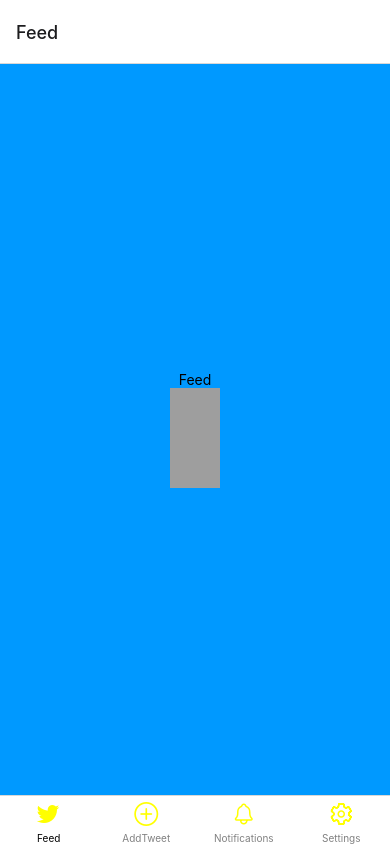
Repository: Deyvid-Kasteh/ReactNativeNavigationTraining
Screen: /
The author's editor kept a copy of each file at every save. The screen is drawn from the files as they stood at one save, then again after the next save.
Pictures or frames that could not be fetched are drawn as grey boxes. The app was drawn by React Native's web renderer in a window 390 px wide. The project was rebuilt for these pictures with package versions that can differ from the ones it lists, and the page was loaded fresh each time. Also part of the build but not shown: screens/BottomTab/Notifications.js, screens/BottomTab/AddTweet.js, screens/BottomTab/Settings.js.

Above is the screen before, as saved 2023-08-03 16:53:32.

### App.js
import "react-native-gesture-handler";
import { StatusBar } from "expo-status-bar";
import { StyleSheet, Text, View } from "react-native";
import NavigationMain from "./NavigationMain";

export default function App() {
  return (

      <NavigationMain />

  );
}

const styles = StyleSheet.create({
  container: {
    flex: 1,
    backgroundColor: "#fff",
    alignItems: "center",
    justifyContent: "center",
  },
});

### NavigationMain.js
import { NavigationContainer } from "@react-navigation/native";
import Feed from "./screens/BottomTab/Feed";
import { StyleSheet, Text, View } from "react-native";
import { createBottomTabNavigator } from "@react-navigation/bottom-tabs";
import Notifications from "./screens/BottomTab/Notifications";
import AddTweet from "./screens/BottomTab/AddTweet";
import Settings from "./screens/BottomTab/Settings";
import { Ionicons } from "@expo/vector-icons";
import { Feather } from "@expo/vector-icons";
import { AntDesign } from "@expo/vector-icons";
import { createNativeStackNavigator } from "@react-navigation/native-stack";








// Bottom Tab
const Bottom_Tab = createBottomTabNavigator();
function Bottom_Tab_Group() {
  return (
    <Bottom_Tab.Navigator
      screenOptions={() => ({
        tabBarActiveTintColor: "black",
        tabBarInactiveTintColor: "gray",
        tabBarShowLabel: true,
        tabBarIconStyle: { color: "yellow" },
      })}
    >
      <Bottom_Tab.Screen
        name="Feed"
        component={Feed}
        options={{
          tabBarIcon: ({ focused }) => {
            if (focused) {
              return <Ionicons name="logo-twitter" size={24} />;
            }
            return <Feather name="twitter" size={24} />;
          },
        }}
      />

      <Bottom_Tab.Screen
        name="AddTweet"
        component={AddTweet}
        options={{
          tabBarIcon: ({ focused }) => {
            if (focused) {
              return <AntDesign name="pluscircle" size={24} />;
            }
            return <AntDesign name="pluscircleo" size={24} />;
          },
        }}
      />
      <Bottom_Tab.Screen
        name="Notifications"
        component={Notifications}
        options={{
          tabBarIcon: ({ focused }) => {
            if (focused) {
              return <Ionicons name="notifications-sharp" size={24} />;
            }
            return <Ionicons name="notifications-outline" size={24} />;
          },
        }}
      />
      <Bottom_Tab.Screen
        name="Settings"
        component={Settings}
        options={{
          tabBarIcon: ({ focused }) => {
            if (focused) {
              return <Ionicons name="settings-sharp" size={24} />;
            }
            return <Ionicons name="settings-outline" size={24} />;
          },
        }}
      />
    </Bottom_Tab.Navigator>
  );
}


// Native-Stack
const Stack_Tab = createNativeStackNavigator();

function Stack_Tab_Group() {
  return (
    <Stack_Tab.Navigator>
      {/* <Stack_Tab.Screen name="Home" component={Home} /> */}
      {/* <Stack_Tab.Screen name="Notifications" component={Notifications} /> */}
      {/* <Stack_Tab.Screen name="Profile" component={Profile} /> */}
      {/* <Stack_Tab.Screen name="Settings" component={Settings} /> */}
    </Stack_Tab.Navigator>
  );
}

export default function NavigationMain() {
  return (
    <NavigationContainer>
      <Bottom_Tab_Group />
    </NavigationContainer>
  );
}

### screens/BottomTab/Feed.js
import { useNavigation } from "@react-navigation/native";
import { useLayoutEffect } from "react";
import { SafeAreaView, StyleSheet, Text, View, Pressable, Image } from "react-native";

export default function Feed() {
  const navigation = useNavigation();

  useLayoutEffect(() => {
    navigation.setOptions({
      headerLeft: () => (
        <Pressable>
          <Image
            source={{
              uri: "https://avatars.githubusercontent.com/u/99744584?s=96&v=4",
            }}
          />
        </Pressable>
      ),
    });
  }, []);




    return (
      <View style={styles.container}>
        <Text>Feed</Text>
        <Image
          style={{ width: 50, height: 50 }}
          source={{
            uri: "https://avatars.githubusercontent.com/u/99744584?s=96&v=4",
          }}
        />
        <Image
          style={{ width: 50, height: 50 }}
          source={{
            uri: "https://avatars.githubusercontent.com/u/99744584?s=96&v=4",
          }}
        />
      </View>
    );
}

const styles = StyleSheet.create({
  container: {
    flex: 1,
    backgroundColor: "#0099ff",
    justifyContent: "center",
    alignItems: "center",
  },
  // style={{width: '100%', height: '50%'}}
});

After the next save:
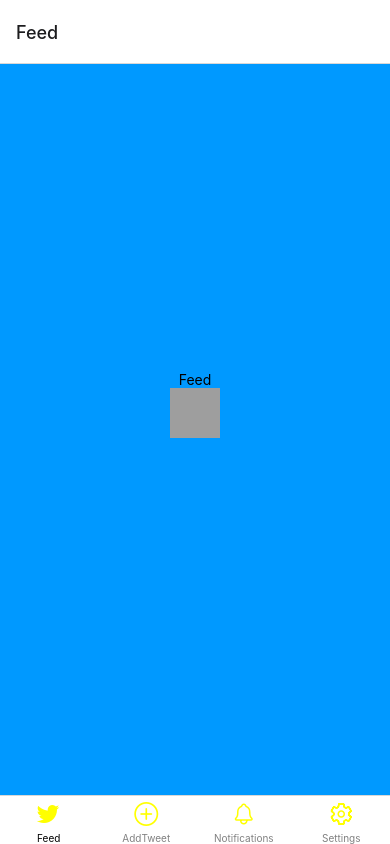
Saved 7 s later.
--- a/screens/BottomTab/Feed.js
+++ b/screens/BottomTab/Feed.js
@@ -32,7 +32,7 @@ export default function Feed() {
           }}
         />
         <Image
-          style={{ width: 50, height: 50 }}
+          style={{ width: '50', height: 50 }}
           source={{
             uri: "https://avatars.githubusercontent.com/u/99744584?s=96&v=4",
           }}
